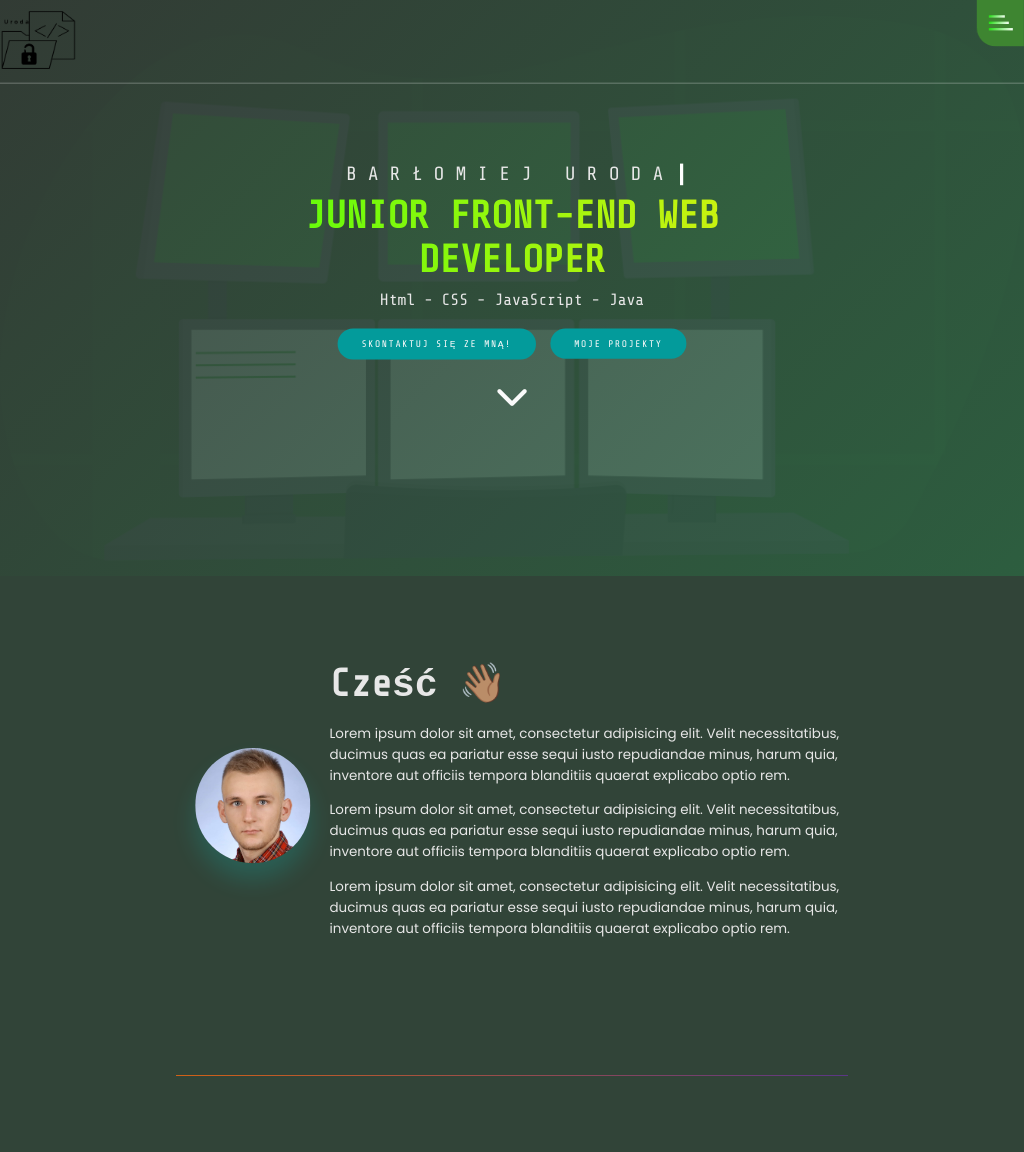
Repository: BartekUroda/portfolio
Page: index.html
The author's editor kept a copy of each file at every save. The page is drawn from the files as they stood at one save, then again after the next save.
The browser window is 1280 px wide. The pictures show the whole page, at 80% of full size.
Some web libraries are served in a nearby version.

Above is the page before, as saved 2020-10-27 19:39:11.

### index.html
<!DOCTYPE html>
<html lang="en">
<head>
    <meta charset="UTF-8">
    <meta name="viewport" content="width=device-width, initial-scale=1.0">
    <title>Portfolio | Bartek Uroda</title>
    <link rel="stylesheet" type="text/css" href="css/style.css">
    <link href="https://fonts.googleapis.com/css2?family=Poppins&sfamily=Share+Tech+Mono&display=swap" rel="stylesheet">
    <script src="https://kit.fontawesome.com/056e5c10dc.js" crossorigin="anonymous"></script>
    <link rel="shortcut icon" type="image/x-icon" href="images/favicon.ico" />
</head>
<body>
    <header>
        <div class="container">
            <nav>
                <div class="nav-brand">
                    <a href="index.html">
                        <img src="images/logo.png" alt="Uroda">
                    </a>
                </div>
                <div class="burger-menu-icon">
                    <div class="line1"></div>
                    <div class="line2"></div>
                    <div class="line3"></div>
                </div>
                <ul class="nav-list">
                    <li class="nav-item">
                      <a href="#landing-page">
                        <img
                          src="images/profile.jpeg"
                          alt="Bartek Uroda"
                          class="profile-pic nav-link"
                        >
                        <span class="caption nav-link">Bartek Uroda</span>
                      </a>
                    </li>
                    <li class="nav-item">
                      <a href="#about" class="nav-link">O mnie</a>
                    </li>
                    <li class="nav-item">
                      <a href="#services" class="nav-link">Usługi</a>
                    </li>
                    <li class="nav-item">
                      <a href="#projects" class="nav-link">Projekty</a>
                    </li>
                    <li class="nav-item">
                      <a href="#contact" class="nav-link">Kontakt</a>
                    </li>
                    <li class="nav-item">
                      <a href="https://www.facebook.com/bartlomiej.uroda.3" target="_blank" class="nav-link">
                        <i class="fab fa-facebook"></i>
                      </a>
                      <a href="https://github.com/Urodii" target="_blank" class="nav-link">
                        <i class="fab fa-github"></i>
                      </a>
                      <a href="https://www.youtube.com/channel/UCzT1h5RNvmbtrmKT5hPjyAg?view_as=subscriber" target="_blank" class="nav-link">
                        <i class="fab fa-youtube"></i>
                      </a>
                    </li>
                  </ul>
            </nav>
        </div>
    </header>
    <main>
      <section id="landing-page" class="landing-page">
        <div class="container">
          <div class="main-message">
            <h2>Barłomiej Uroda</h2>
            <h3>Junior Front-End Web Developer</h3>
            <p>Html - CSS - JavaScript - Java</p>
            <div class="intro-btn">
              <div class="cta">
                <a href="#contact" class="btn">Skontaktuj się ze mną!</a>
              </div>
              <div class="cta">
                <a href="#projects" class="btn">Moje Projekty</a>
              </div>
            </div>
            <div>
              <a href="#about" class="scroll-down">
                <i class="fa fa-chevron-down" aria-hidden="true"></i>
              </a>
            </div>
          </div>
        </div>
      </section>
      <section id="about" class="about">
        <div class="container">
          <div class="about-img">
            <img
              src="images/profile.jpeg"
              alt="Bartek Uroda"
              class="about-pic"
            />
          </div>
          <div class="about-text-box">
            <h2>Cześć 👋🏽</h2>
            <p>
              Lorem ipsum dolor sit amet, consectetur adipisicing elit. Velit
              necessitatibus, ducimus quas ea pariatur esse sequi iusto
              repudiandae minus, harum quia, inventore aut officiis tempora
              blanditiis quaerat explicabo optio rem.
            </p>
            <p>
              Lorem ipsum dolor sit amet, consectetur adipisicing elit. Velit
              necessitatibus, ducimus quas ea pariatur esse sequi iusto
              repudiandae minus, harum quia, inventore aut officiis tempora
              blanditiis quaerat explicabo optio rem.
            </p>
            <p>
              Lorem ipsum dolor sit amet, consectetur adipisicing elit. Velit
              necessitatibus, ducimus quas ea pariatur esse sequi iusto
              repudiandae minus, harum quia, inventore aut officiis tempora
              blanditiis quaerat explicabo optio rem.
            </p>
          </div>
        </div>
        <hr/>
      </section>
    </main>
 <script type="text/javascript" src="js/main.js"></script>
</body>
</html>

### css/style.css
/* ----------GLOBAL STYLES---------- */
*,
*::before,
*::after {
  margin: 0;
  padding: 0;
  box-sizing: inherit;
}
html {
    font-family: "Share Tech Mono", monospace;
    font-size: 12px;
    box-sizing: border-box;
    scroll-behavior: smooth;
    color: #e7e7e7;
    background: rgb(49, 68, 56);
}

a {
    text-decoration: none;
    color: rgb(3, 155, 23);
}

a:hover {
    color: rgba(249, 105, 14, 1);
}

ul {
    list-style: none;
}

p {
    font-size: 1.4rem;
}

img {
    width: 100%;
    max-width: 100%;
    height: auto;
}
/* ----------HEADER---------- */
header {
    width: 100%;
    height: 5rem;
    position: absolute;
    top: 0;
    left: 0;
    z-index: 1;
}
.contenier {
    width: 100%;
    max-width: 90rem;
    margin: 0 auto;
    padding: 0 1.5rem;
}
.nav-brand {
    width: 8rem;
}
nav {
    width: 100%;
    display: flex;
    align-items: center;
    justify-content: space-between;
    padding: 1rem 0;
    border-bottom: 2px solid rgba(255, 255, 255, .2);
}
.line1 {
    width: 20px;
    height: 3px;
    margin: 5px 0;
    background: linear-gradient(
      135deg,
      rgb(27, 218, 10) 0%,
      rgb(255, 255, 255) 100%
    );
}
.line2 {
    width: 25px;
    height: 3px;
    background: linear-gradient(
      135deg,
      rgb(27, 218, 10) 0%,
      rgb(255, 255, 255) 100%
    );
}
.line3 {
    width: 30px;
    height: 3px;
    margin: 5px 0;
    background: linear-gradient(
      135deg,
      rgb(27, 218, 10) 0%,
      rgb(255, 255, 255) 100%
    );
}
.burger-menu-icon {
    cursor: pointer;
    z-index: 999;
    position: fixed;
    right: 0;
    top: 0;
    background-color: rgba(67, 145, 47, 0.815);
    padding: 1.2rem;
    border-radius: 0% 0% 0% 40%;
}
.profile-pic {
    height: 9rem;
    width: auto;
    border-radius: 50%;
    display: block;
    margin: 1.5rem 0;
}
.caption {
    display: block;
}
.nav-list {
    width: 24rem;
    height: 100vh;
    background-color:  rgb(69, 85, 75);
    position: fixed;
    top: 0;
    right: -26rem;
    display: flex;
    flex-direction: column;
    align-items: center;
    justify-self: start;
    z-index: 998;
    transition: all 650ms ease-in-out;
}
.nav-list.active {
    right: 0;
}
.nav-item {
    margin: 1.2rem 0;
}
.nav-link {
    opacity: 0;
    font-size: 1.3rem;
    text-transform: uppercase;
    color: #cecece;
    letter-spacing: 1.5px;
}
.nav-link:hover {
    color: rgb(62, 248, 15);
}
.toggle {
    background: none;
}
.toggle .line1 {
    transform: rotate(-45deg) translate(-5px, 6px) scalex(2);
}
.toggle .line2 {
    opacity: 0;
}
.toggle .line3 {
    width: 20px;
    transform: rotate(45deg) translate(-5px, -6px) scalex(2);
    margin-left: 0px;
}
@keyframes navLinkAnimate {
    from{
        opacity: 0;
        transform: translate(50px);
    }
    to{
        opacity: 1;
        transform: translate(0px);
    }
}
/* ----------MAIN---------- */
.landing-page{
    width: 100%;
    height: 100vh;
    background: linear-gradient(
        135deg,
        rgba(50, 58, 52, 0.9) 0%,
        rgba(44, 100, 65, 0.8) 100%
    ),
    url('../images/mainpage.png') center no-repeat;
    background-size: contain;
    position: relative;
}
.main-message {
    width: 100%;
    max-width: 58rem;
    text-transform: uppercase;
    position: absolute;
    left: 50%;
    top: 50%;
    transform: translate(-50%, -50%);
    text-align: center;
}
.main-message h2 {
    letter-spacing: 1.2rem;
    font-size: 2rem;
    font-weight: 400;
    overflow: hidden;
    white-space: nowrap;
    animation: typing 5s steps(33), blink 1s ease-in-out 7s infinite;
    width: 33ch;
    margin: auto;
    border-right: 4px solid rgba(255, 255, 255, 1);
}
@keyframes typing {
    75% {
      width: 0ch;
      color: rgb(178, 249, 14);
    }
    100% {
      width: 33ch;
    }
}
@keyframes blink {
    0% {
      border-right: 4px solid rgba(255, 255, 255, 0);
    }
    100% {
      border-right: 4px solid rgb(194, 194, 194);
    }
}
.main-message h3 {
    font-size: 4rem;
    margin: 1rem 0;
    color: rgba(249, 105, 14, 1);
    background: linear-gradient(
      to right,
      rgb(87, 253, 9) 0%,
      rgb(217, 240, 17) 100%
    );
    -webkit-background-clip: text;
    -webkit-text-fill-color: transparent;
}
.main-message p {
    text-transform: none;
    font-size: 1.7rem;
    font-weight: 400;
}
.intro-btn {
    display: flex;
    justify-content: center;
}
.btn {
    margin: 0 9px;
    background: rgba(3, 155, 155);
    border-radius: 2rem;
    color: #fafafa;
    padding: 1rem 2.5rem;
    display: inline-block;
    margin-top: 2rem;
    transition: background-color 650ms;
    font-weight: 500;
    letter-spacing: 2px;
}
.btn:hover {
    color: #fafafa;
    background-color: rgb(176, 189, 0);
}
.scroll-down i {
    color: #fafafa;
    transition: color 650ms;
    margin-top: 2rem;
    font-size: 3.5rem;
}
.scroll-down i:hover {
    color: rgb(176, 189, 0);
}
/* ----------ABOUT--------- */
.about {
    width: 100%;
    min-height: 100vh;
    max-width: 70rem;
    margin: auto;
}
.about .container {
    display: flex;
    align-items: center;
    min-height: 80vh;
  }

  .about-img img {
    height: 12rem;
    width: auto;
    border-radius: 50%;
    margin: 2rem;
    box-shadow: 0 20px 30px 0 rgba(0, 255, 255, 0.15);
  }

.about-text-box {
    flex-grow: 1;
    flex-shrink: 1;
    flex-basis: 0;
}
  .about-text-box h2 {
    font-size: 4rem;
    margin-bottom: 20px;
}
.about-text-box p {
    font-family: "Poppins", sans-serif;
    font-size: 1.4rem;
    padding: 0;
    margin-bottom: 1.45rem;
}
hr {
    margin: 4rem 0;
    background: linear-gradient(
      to right,
      rgba(249, 105, 14, 1) 0%,
      rgba(102, 51, 153, 1) 100%
    );
    border: 0;
    height: 1px;
}

### js/main.js
//eselect elements
const selectElement = (s) => document.querySelector(s);
const navLinks = document.querySelectorAll(".nav-link");

selectElement(".burger-menu-icon").addEventListener("click", () => {
    selectElement(".nav-list").classList.toggle("active");
    selectElement(".burger-menu-icon").classList.toggle("toggle")

    navLinks.forEach((link, index) => {
        if (link.style.animation){
            link.style.animation = ""
        }else{
            link.style.animation = `navLinkAnimate 0.5s ease forwards ${ index/7 + 0.5}s`
            console.log(index/7 + 0.5)
        }
    })
});

After the next save:
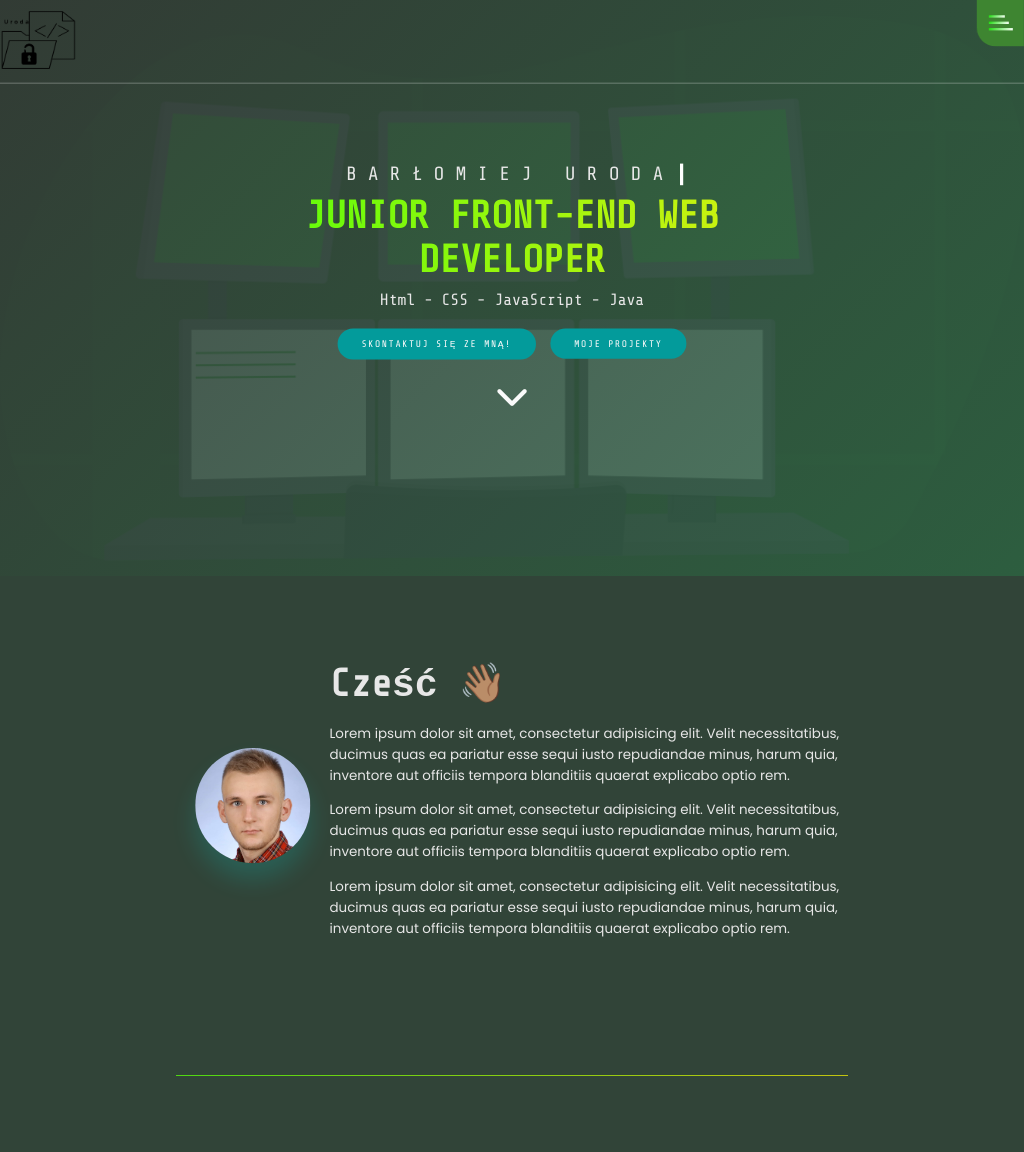
Saved 32 s later.
--- a/css/style.css
+++ b/css/style.css
@@ -303,8 +303,8 @@ hr {
     margin: 4rem 0;
     background: linear-gradient(
       to right,
-      rgba(249, 105, 14, 1) 0%,
-      rgba(102, 51, 153, 1) 100%
+      rgb(87, 253, 9) 0%,
+      rgb(231, 228, 6) 100%
     );
     border: 0;
     height: 1px;
